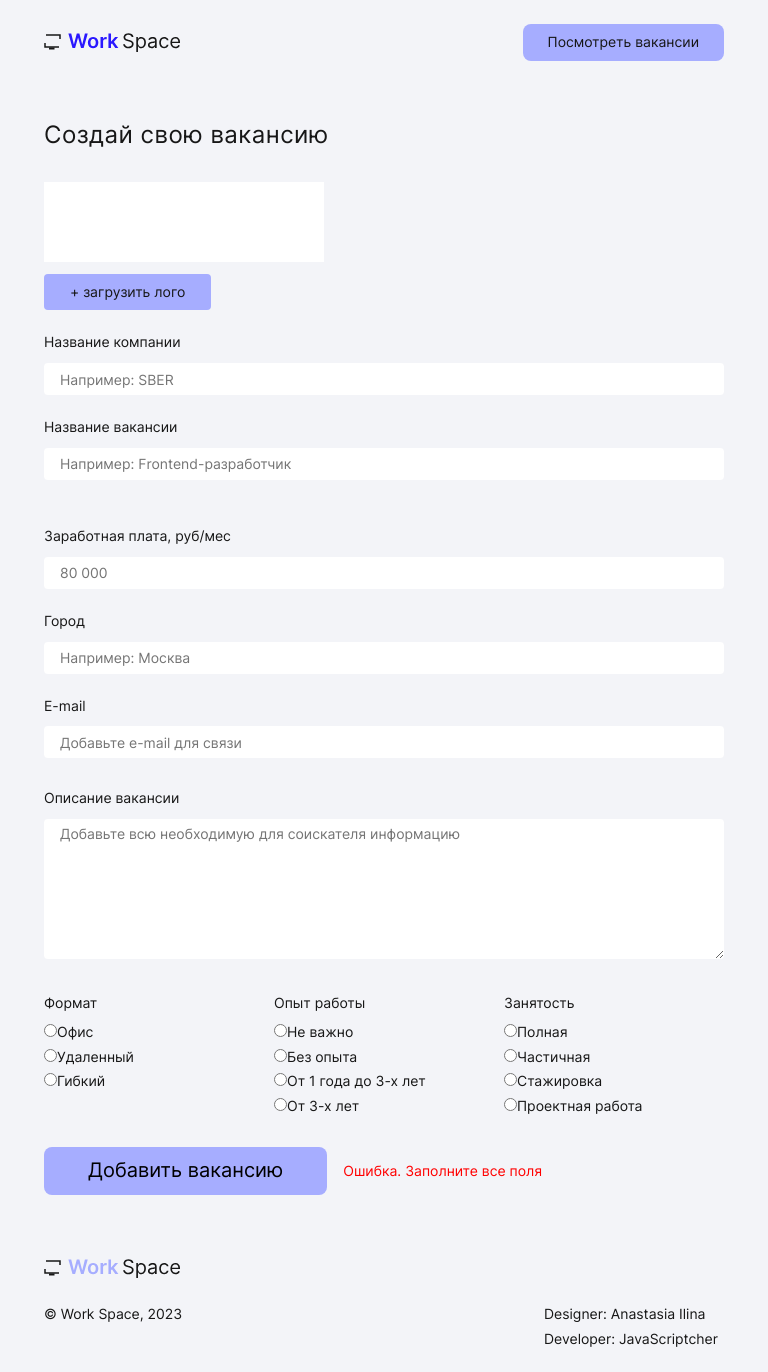
Repository: alexboagreek/workspace_js
Page: employer.html
The author's editor kept a copy of each file at every save. The page is drawn from the files as they stood at one save, then again after a run of saves.
The browser window is 768 px wide. The pictures show the whole page.

Above is the page before, as saved 2023-09-13 15:52:25.
Console error: TypeError: Cannot read properties of null (reading 'addEventListener')

### employer.html
<!DOCTYPE html>
<html lang="ru">
  <head>
    <meta charset="UTF-8" />
    <meta name="viewport" content="width=device-width, initial-scale=1.0" />
    <title>Workspace - добавить вакансию</title>

    <link rel="stylesheet" href="index.css" />

    <script src="js/choices.min.js" defer></script>
    <script src="js/script.js" defer></script>
  </head>

  <body>
    <header class="header">
      <div class="container header__container">
        <a href="index.html">
          <img
            class="header__logo"
            src="img/logo.svg"
            alt="Логитип WorkSpace"
          />
        </a>

        <a class="header__link" href="index.html#vacancies"
          >Посмотреть вакансии</a
        >
      </div>
    </header>

    <main>
      <section class="employer">
        <div class="container">
          <h1 class="employer__title">Создай свою вакансию</h1>

          <form class="employer__form">
            <div class="employer__file file">
              <div class="file__wrap-preview">
                <img src="#" alt="" class="file__preview" />
              </div>

              <div class="file__wrap-btn">
                <label for="logo" class="file__label"> + загрузить лого </label>
                <input
                  name="logo"
                  type="file"
                  class="file__input"
                  id="logo"
                  accept="image/png, image/jpeg"
                  required
                />
              </div>
            </div>

            <fieldset class="employer__fieldset-input">
              <div class="employer__wrap-input">
                <label class="employer__label" for="company"
                  >Название компании
                </label>

                <input
                  type="text"
                  class="employer__input"
                  id="company"
                  name="company"
                  placeholder="Например: SBER"
                />
              </div>

              <fieldset class="employer__fieldset">
                <div class="employer__wrap-input">
                  <label class="employer__label" for="title"
                    >Название вакансии</label
                  >

                  <input
                    type="text"
                    class="employer__input"
                    id="title"
                    name="title"
                    placeholder="Например: Frontend-разработчик"
                  />
                </div>
              </fieldset>

              <fieldset class="employer__fildset">
                <div class="employer__wrap-input">
                  <label class="employer__label" for="salary"
                    >Заработная плата, руб/мес</label
                  >

                  <input
                    type="number"
                    class="employer__input"
                    id="salary"
                    name="salary"
                    placeholder="80 000"
                  />
                </div>
              </fieldset>

              <fieldset class="employer__fildset">
                <div class="employer__wrap-input">
                  <label class="employer__label" for="location">Город</label>

                  <input
                    type="text"
                    class="employer__input"
                    id="location"
                    name="location"
                    placeholder="Например: Москва"
                  />
                </div>
              </fieldset>

              <fieldset class="employer__fildset">
                <div class="employer__wrap-input">
                  <label class="employer__label" for="email">E-mail</label>

                  <input
                    type="email"
                    class="employer__input"
                    id="email"
                    name="email"
                    placeholder="Добавьте e-mail для связи"
                  />
                </div>
              </fieldset>
            </fieldset>



            <fieldset class="employer__fieldset-textarea">
              <label class="employer__label" for="description"
                >Описание вакансии</label
              >

              <textarea
                class="employer__textarea"
                name="description"
                id="description"
                placeholder="Добавьте всю необходимую для соискателя информацию"
              ></textarea>
            </fieldset>

            <div class="employer__radio-buttons">
              <fieldset class="employer__fieldset-radio">
                <legend class="employer__legend">Формат</legend>

                <label class="employer__label-radio radio">
                  <input
                    type="radio"
                    class="radio__input"
                    name="format"
                    value="Офис"
                  />Офис
                </label>

                <label class="employer__label-radio radio">
                  <input
                    type="radio"
                    class="radio__input"
                    name="format"
                    value="Удаленный"
                  />Удаленный
                </label>

                <label class="employer__label-radio radio">
                  <input
                    type="radio"
                    class="radio__input"
                    name="format"
                    value="Гибкий"
                  />Гибкий
                </label>
              </fieldset>

              <fieldset class="employer__fieldset-radio">
                <legend class="employer__legend">Опыт работы</legend>

                <label class="employer__label-radio radio">
                  <input
                    type="radio"
                    class="radio__input"
                    name="experience"
                    value="Не важно"
                  />Не важно
                </label>

                <label class="employer__label-radio radio">
                  <input
                    type="radio"
                    class="radio__input"
                    name="experience"
                    value="Без опыта"
                  />Без опыта
                </label>

                <label class="employer__label-radio radio">
                  <input
                    type="radio"
                    class="radio__input"
                    name="experience"
                    value="От 1 года до 3-х лет"
                  />От 1 года до 3-х лет
                </label>

                <label class="employer__label-radio radio">
                  <input
                    type="radio"
                    class="radio__input"
                    name="experience"
                    value="От 3-х лет"
                  />От 3-х лет
                </label>
              </fieldset>

              <fieldset class="employer__fieldset-radio">
                <legend class="employer__legend">Занятость</legend>

                <label class="employer__label-radio radio">
                  <input
                    type="radio"
                    class="radio__input"
                    name="type"
                    value="Полная"
                  />Полная
                </label>

                <label class="employer__label-radio radio">
                  <input
                    type="radio"
                    class="radio__input"
                    name="type"
                    value="Частичная"
                  />Частичная
                </label>

                <label class="employer__label-radio radio">
                  <input
                    type="radio"
                    class="radio__input"
                    name="type"
                    value="Стажировка"
                  />Стажировка
                </label>

                <label class="employer__label-radio radio">
                  <input
                    type="radio"
                    class="radio__input"
                    name="type"
                    value="Проектная работа"
                  />Проектная работа
                </label>
              </fieldset>
            </div>

            <div class="employer__wrap-submit">
              <button class="employer__submit" type="submit">
                Добавить вакансию
              </button>
              <div class="employer__error">Ошибка. Заполните все поля</div>
            </div>
          </form>
        </div>
      </section>
    </main>

    <footer class="footer">
      <div class="container footer__container">
        <img
          class="footer__logo"
          src="img/logo-footer.svg"
          alt="Логотип WorkSpace"
        />

        <p class="footer__copyright">© Work Space, 2023</p>

        <ul class="footer__contacts">
          <li class="footer__contact">
            Designer:
            <a class="footer__link" href="#">Anastasia Ilina</a>
          </li>
          <li class="footer__contact">
            Developer:
            <a class="footer__link" href="#">JavaScriptcher</a>
          </li>
        </ul>
      </div>
    </footer>
  </body>
</html>

### index.css
@import "style/normalize.css";
@import "style/choices.min.css";
@import "style/style.css";
@import "style/header.css";
@import "style/hero.css";
@import "style/vacancies.css";
@import "style/filter.css";
@import "style/choices.css";
@import "style/checkbox.css";
@import "style/cards.css";
@import "style/vacancy.css";
@import "style/footer.css";
@import "style/modal.css";
@import "style/detail.css";
@import "style/employer.css";
@import "style/file.css";
@import "style/radio.css";

### style/style.css
@font-face {
  font-family: Inter;
  font-weight: 400;
  src: url("../fonts/inter-regular.woff2") format("woff2"),
    url("../fonts/inter-regular.woff") format("woff");
}

html {
  scroll-behavior: smooth;
  position: relative;
  box-sizing: border-box;
}

*,
*:before,
*:after {
  box-sizing: inherit;
}

body {
  min-width: 320px;
  min-height: 100vh;
  font-family: Inter, sans-serif;
  font-size: 14px;
  color: #171717;
  background-color: #f3f4f8;
  line-height: 1.2;
}

img,
svg {
  max-width: 100%;
  max-height: 100%;
  height: auto;
}

button {
  padding: 0;
  border: 0;
  cursor: pointer;
  background-color: transparent;
}

a {
  text-decoration: none;
  color: inherit;
}

ul {
  padding: 0;
  margin: 0;
  list-style: none;
}

h1,
h2,
h3,
p {
  margin: 0;
}

fieldset {
  padding: 0;
  margin: 0;
  border: 0;
}

.visually-hidden {
  position: fixed;
  transform: scale(0);
}

.container {
  --width: 1180px;
  --padding: 30px;
  max-width: calc(var(--width) + var(--padding) * 2);
  margin: 0 auto;
  padding: 0 var(--padding);
}

.blue-text {
  color: #2a18ff;
}

@media (max-width: 1140px) {
  .container {
    --width: 880px;
  }
}

@media (max-width: 940px) {
  .container {
    --width: 680px;
  }
}

@media (max-width: 640px) {
  .container {
    --padding: 15px;
  }
}

### style/header.css
.header {
  padding: 40px 0;
}

.header__container {
  display: flex;
  align-items: center;
  justify-content: space-between;
}

.header__links {
  display: flex;
  gap: 8px;
  flex-wrap: wrap;
}

.header__link {
  padding: 12px 32px;
  border-radius: 8px;
  background-color: #a6adff;
  font-size: 20px;
  border: 2px solid transparent;
  transition-property: color, background-color;
  transition-duration: 0.2s;
  transition-timing-function: ease-in-out;
}

.header__link_o {
  background-color: transparent;
  border: 2px solid #A6ADFF;
}

.header__link:focus-visible {
  border-color: #4f58be;
}

.header__link:hover {
  color: #fff;
  background-color: #2a18ff;
}


@media (max-width: 1140px) {
  .header {
    padding: 32px 0 40px;
  }
}

@media (max-width: 940px) {
  .header {
    padding: 24px 0 30px;
  }

  .header__link {
    padding: 8px 23px;
    font-size: 14px;
  }
}

@media (max-width: 640px) {
  .header {
    padding: 24px 0 20px;
  }

  .header__link {
    display: none;
  }
}

### style/hero.css
.hero {
  padding: 60px 0 50px;
}

.hero__container {
  position: relative;
  padding-top: 57px;
  padding-bottom: 57px;
}

.hero__container:after {
  content: "";
  position: absolute;
  right: -9px;
  top: 0;
  bottom: 0;
  width: 421px;
  background: url("../img/laptop.png") no-repeat center/contain;
}

.hero__title {
  position: relative;
  z-index: 2;
  max-width: 780px;
  font-size: 90px;
  letter-spacing: 1.8px;
  text-transform: uppercase;
}

@media (max-width: 1140px) {
  .hero {
    padding: 40px 0;
  }

  .hero__container {
    padding-top: 53px;
    padding-bottom: 53px;
  }

  .hero__container:after {
    width: 340px;
  }

  .hero__title {
    max-width: 580px;
    font-size: 64px;
    letter-spacing: 1.28px;
  }
}

@media (max-width: 940px) {
  .hero {
    padding: 30px 0;
  }

  .hero__container {
    padding-top: 40px;
    padding-bottom: 40px;
  }

  .hero__container:after {
    width: 269px;
  }

  .hero__title {
    max-width: 450px;
    font-size: 52px;
    letter-spacing: 1.04px;
  }
}

@media (max-width: 640px) {
  .hero {
    padding-top: 20px;
    padding-bottom: 10px;
  }

  .hero__container {
    padding-top: 0;
    padding-bottom: 234px;
  }

  .hero__title {
    max-width: 290px;
    text-align: center;
    margin: 0 auto;
    font-size: 32px;
  }

  .hero__container:after {
    right: auto;
    top: auto;
    height: 269px;
    left: 50%;
    transform: translateX(-50%);
    background-position: bottom;
  }
}

### style/vacancies.css
.vacancies {
  padding: 50px 0;
}

.vacancies__container {
  display: flex;
  align-items: start;
  gap: 24px 20px;
}

.vacancies__filter-btn {
  display: none;
}

.vacancies__filter {
  flex: 0 0 280px;
}

.vacancies__cards {
  flex-basis: 100%;
}

@media (max-width: 1140px) {
  .vacancies {
    padding: 40px 0;
  }
}

@media (max-width: 940px) {
  .vacancies {
    padding: 30px 0;
  }

  .vacancies__container {
    flex-direction: column;
    row-gap: 0;
  }

  .vacancies__filter-btn {
    display: flex;
    align-items: center;
    margin-bottom: 24px;
    transition-property: margin-bottom, color;
    transition-duration: 0.2s, 0.3s;
    transition-timing-function: ease-in-out;
    transition-delay: 0.2s, 0s;
    color: #2a18ff;
    line-height: 20px;
  }

  .vacancies__filter-btn:hover:not(:focus) {
    color: #a6adff;
  }

  .vacancies__filter-btn-arrow {
    position: relative;
    top: -2px;
    display: block;
    width: 20px;
    height: 20px;
  }

  .vacancies__filter-btn_active {
    margin-bottom: 32px;
    transition-delay: 0s;
  }

  .vacancies__filter-btn_active .vacancies__filter-btn-arrow {
    transform: rotate(180deg);
    top: 2px;
  }

  .vacancies__filter {
    width: 100%;
    flex-basis: auto;
    height: 0;
    overflow: hidden;
    transition: height 0.4s ease-in-out;
  }

  .vacancies__filter_active {
    height: auto;
    margin-bottom: 40px;
  }

  .vacancies__cards {
    width: 100%;
  }
}

@media (max-width: 640px) {
  .vacancies__filter-btn_active {
    margin-bottom: 24px;
  }
}

### style/filter.css
.filter {
  position: relative;
}

.filter__reset {
  position: absolute;
  top: 7px;
  right: 0;
  color: #ccc;
}

.filter__title {
  font-size: 20px;
  font-weight: 400;
  margin-bottom: 32px;
}

.filter__form {
  display: flex;
  flex-direction: column;
  gap: 32px;
}

.filter__fieldset {
  display: flex;
  flex-direction: column;
  align-items: start;
}

.filter__legend {
  margin-bottom: 12px;
}

.filter__select {
  width: 100%;
}

.filter__range {
  display: flex;
  align-items: center;
  justify-content: space-between;
  gap: 10px;
}

.filter__label:not(:last-child) {
  margin-bottom: 8px;
}

.filter__input {
  flex: 1 1 50%;
  width: 100%;
  padding: 0 16px;
  height: 32px;
  border: 0;
}

.filter__input::placeholder {
  color: #ccc;
}

.filter__checkboxes {
  display: flex;
  flex-direction: column;
  gap: 32px;
}

.filter__button {
  padding: 8px 24px;
  border-radius: 4px;
  background-color: #a6adff;
  border: 2px solid transparent;
  transition-property: color, background-color;
  transition-duration: 0.2s;
  transition-timing-function: ease-in-out;
}

.filter__button:focus-visible {
  border-color: #4f58be;
}

.filter__button:hover {
  color: #fff;
  background-color: #2a18ff;
}

@media (max-width: 940px) {
  .filter__title {
    position: fixed;
    transform: scale(0);
  }

  .filter__input {
    max-width: 140px;
  }

  .filter__checkboxes {
    display: grid;
    grid-template-columns: repeat(auto-fit, minmax(180px, 1fr));
    gap: 24px 70px;
  }

  .filter__buttons {
    display: flex;
    gap: 16px;
    align-items: center;
  }

  .filter__reset {
    position: static;
  }
}

### style/choices.css
.choices {
  width: 100%;
}

.choices__inner {
  background-color: #fff;
  padding: 6px 16px;
  min-height: 32px;
  border: 0;
}

.choices__list--single {
  padding: 0;
}

.choices[data-type*="select-one"]::after {
  width: 20px;
  height: 20px;
  background: url("../img/arrow.svg") no-repeat center/contain;
  border: 0;
  top: 6px;
  right: 16px;
  margin-top: 0;
}

.choices[data-type*="select-one"].is-open::after {
  transform: rotate(180deg);
  margin-top: 0;
}

### style/checkbox.css
.checkbox {
  position: relative;
  display: block;
  line-height: 20px;
  padding-left: 28px;
}

.checkbox__input {
  -webkit-appearance: none;
  -moz-appearance: none;
  appearance: none;
  position: absolute;
  width: 20px;
  height: 20px;
  left: 0;
  top: 0;
  bottom: 0;
  background-color: #fff;
  border-radius: 4px;
}

.checkbox__input:after {
  content: "";
  position: absolute;
  inset: 0;
  display: block;
  background: url("../img/check.svg") no-repeat center;
  opacity: 0;
  transition: opacity 0.2s ease-in-out;
}

.checkbox__input:checked:after {
  opacity: 1;
}

.checkbox__input:focus-visible {
  outline: none;
  box-shadow: 0px 2px 10px rgba(0, 0, 0, 0.25);
}

.checkbox__input:hover:not(:disabled) {
  box-shadow: 0px 2px 10px rgba(166, 173, 255, 0.55);
}

.checkbox__input:disabled {
  background-color: #ccc;
}

### style/cards.css
.cards__list {
  display: grid;
  grid-template-columns: repeat(auto-fit, minmax(280px, 1fr));
  gap: 20px;
}

@media (max-width: 940px) {
  .cards__list {
    grid-template-columns: repeat(auto-fit, minmax(220px, 1fr));
    gap: 10px;
  }
}

### style/vacancy.css
.vacancy {
  border-radius: 16px;
  background-color: #fff;
  padding: 16px;
  height: 100%;
  cursor: pointer;
  outline: none;
  border: 2px solid transparent;
}

.vacancy:hover {
  background-color: #f9faff;
}

.vacancy:focus-visible {
  border-color: #a6adff;
}

.vacancy__img {
  max-height: 44px;
  margin-bottom: 12px;
  display: block;
}

.vacancy__company {
  font-size: 20px;
  margin-bottom: 8px;
}

.vacancy__title {
  display: inline-block;
  padding: 3px 5px;
  font-size: 14px;
  font-weight: 400;
  border-radius: 4px;
  background-color: #eaecff;
  margin-bottom: 8px;
}

.vacancy__field {
  color: #ccc;
}

### style/footer.css
.footer {
  padding: 50px 0 40px;
}

.footer__container {
  display: grid;
  gap: 27px;
  grid-template-areas:
    "logo ."
    "copyright contacts";
}

.footer__logo {
  grid-area: logo;
}

.footer__copyright {
  grid-area: copyright;
}

.footer__contacts {
  grid-area: contacts;
  justify-self: end;
  min-width: 180px;
}

.footer__contact {
  margin-bottom: 8px;
}

.footer__contact:last-child {
  margin-bottom: 0;
}

.footer__link:hover {
  color: brown;
}

@media (max-width: 1140px) {
  .footer {
    padding: 40px 0 32px;
  }
}

@media (max-width: 940px) {
  .footer {
    padding: 30px 0 24px;
  }
}

@media (max-width: 640px) {
  .footer {
    padding-top: 20px;
  }

  .footer__container {
    grid-template-areas:
      "logo"
      "copyright"
      "contacts";
  }

  .footer__contacts {
    justify-self: start;
  }
}

### style/modal.css
.modal {
  position: fixed;
  z-index: 10;
  inset: 0;
  background-color: rgba(0, 0, 0, 0.5);
  cursor: pointer;
  padding: 30px;
  overflow-y: auto;
  display: flex;
}

.modal__main {
  position: relative;
  margin: auto;
  cursor: default;
}

.modal__close {
  background-color: transparent;
  border: none;
  cursor: pointer;
  position: absolute;
  top: 12px;
  right: 12px;
  padding: 0;
  line-height: 0;
  outline: 1px solid transparent;
  border-radius: 3px;
}

.modal__close:focus-visible {
  outline-color: gray;
}

@media (max-width: 640px) {
  .modal {
    padding: 30px 15px;
  }
}

### style/employer.css
.employer {
  padding: 60px 0 50px;
}

.employer__title {
  font-size: 32px;
  font-weight: 400;
  letter-spacing: 0.64px;
  margin-bottom: 50px;
}

.employer__file {
  margin-bottom: 32px;
}

.employer__label {
  display: block;
  margin-bottom: 12px;
}

.employer__input {
  border-radius: 4px;
  padding: 0 16px;
  height: 32px;
  border: 0;
  width: 100%;
}

.employer__input:placeholder {
  color: #ccc;
}

.employer__fieldset-input {
  display: grid;
  grid-template-columns: repeat(3, 1fr);
  gap: 32px 20px;
  margin-bottom: 32px;
}

.employer__textarea {
  border-radius: 4px;
  min-height: 140px;
  width: 1181px;
  resize: vertical;
  border: none;
  padding: 7px 16px;
  margin-bottom: 32px;
}

.employer__radio-buttons {
  display: grid;
  grid-template-columns: repeat(3, 280px);
  gap: 20px;
  margin-bottom: 50px;
}

.employer__fieldset-radio {
  display: flex;
  flex-direction: column;
}

.employer__legend {
  margin-bottom: 12px;
}

.employer__label-radio {
  margin-bottom: 8px;
}

.employer__label-radio:last-child {
  margin-bottom: 0;
}

.employer__wrap-submit {
  display: flex;
  flex-wrap: wrap;
  align-items: center;
  gap: 16px;
}

.employer__submit {
  padding: 0 42px;
  height: 48px;
  border-radius: 8px;
  background-color: #a6adff;
  font-size: 20px;
  border: 2px solid transparent;
  transition-property: color, background-color;
  transition-duration: 0.2s;
  transition-timing-function: ease-in-out;
}

.employer__submit:focus-visible {
  border-color: #4f58be;
}

.employer__submit:hover {
  color: #fff;
  background-color: #2a18ff;
}

.employer__error {
  color: #f00;
}

@media (max-width: 1140px) {
  .employer {
    padding-top: 40px;
    padding-bottom: 40px;
  }

  .employer__title {
    letter-spacing: 0.64px;
    margin-bottom: 40px;
  }

  .employer__file {
    margin-bottom: 24px;
  }

  .employer__fieldset {
    margin-bottom: 24px;
  }

  .employer__fieldset-input {
    row-gap: 24px;
  }

  .employer__textarea {
    width: 100%;
  }

  .employer__radio-buttons {
    margin-bottom: 40px;
  }
}

@media (max-width: 940px) {
  .employer {
    padding: 30px 0;
  }

  .employer__title {
    font-size: 24px;
    letter-spacing: 0.48px;
    margin-bottom: 32px;
  }

  .employer__radio-buttons {
    margin-bottom: 32px;
  }

  .employer__fieldset-input {
    grid-template-columns: repeat(1,1fr);
  }

  .employer__radio-buttons {
    grid-template-columns: repeat(3, 220px);
    gap: 10px;
  }
}

### style/file.css
.file {
  position: relative;
  display: flex;
  flex-direction: column;
  align-items: start;
}

.file__wrap-preview {
  background-color: #fff;
  min-width: 280px;
  height: 80px;
  margin-bottom: 12px;
}

.file__wrap-preview_active {
  min-width: auto;
}

.file__preview {
}

.file__wrap-btn {
  position: relative;
}

.file__label {
  display: inline-block;
  padding: 8px 24px;
  border-radius: 4px;
  background-color: #a6adff;
  cursor: pointer;
  transition: all 0.4s ease-in-out;
  border: 2px solid transparent;
}


.file__label:focus-visible {
  border-color: #4f58be;
}

.file__label:hover {
  color: #fff;
  background-color: #2a18ff;
}

.file__input {
  opacity: 0;
  position: absolute;
  width: 1px;
  height: 1px;
  top: 50%;
  left: 50%;
}

.file__wrap-btn:focus-within .file__label {
  border-color: #4f58be;
}

### style/radio.css
.radio {
}
.radio__input {
}

Loaded but not shown: js/choices.min.js (library); style/normalize.css (library); style/choices.min.css (library); js/script.js (300 lines, source omitted); style/detail.css (115 lines, source omitted)

After the next 2 saves:
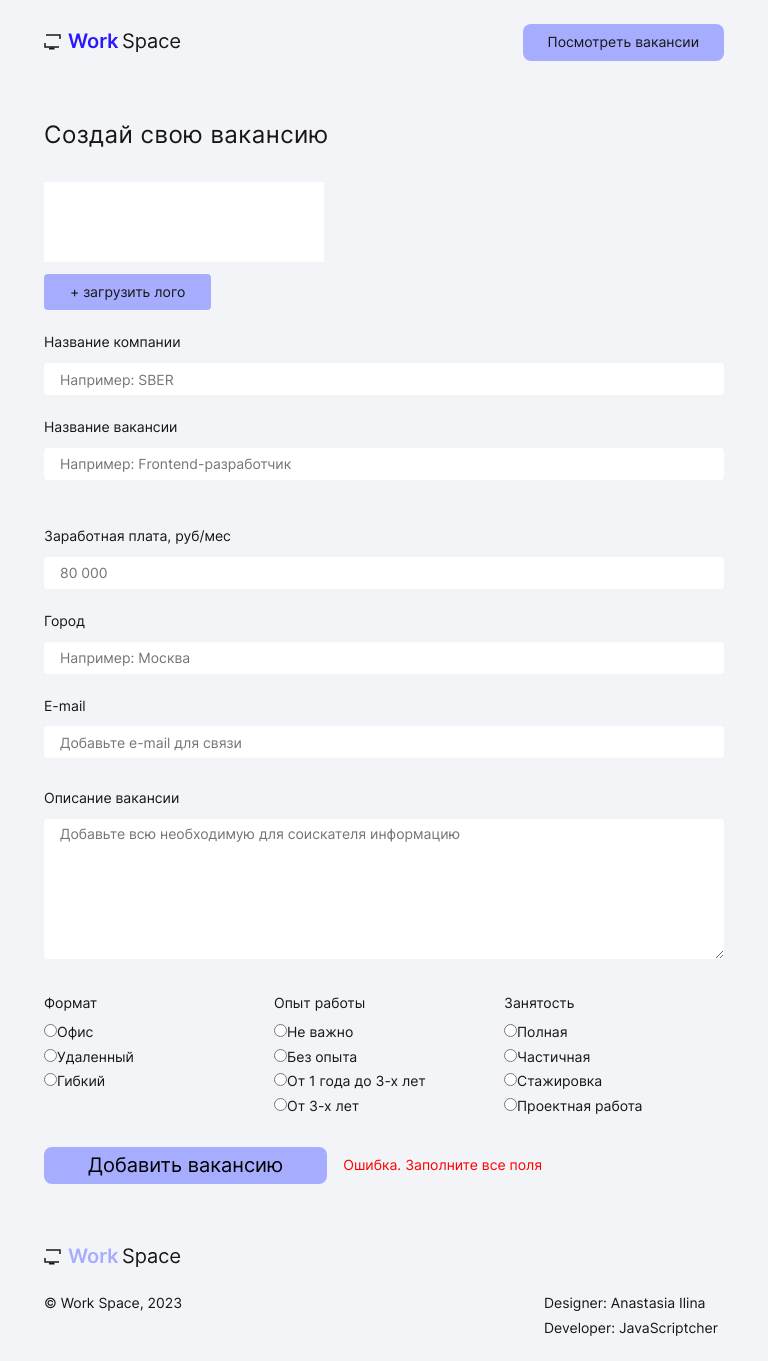
The 2 saves are shown as one change because they came seconds apart.
The last was saved 7 min 26 s later.
--- a/style/employer.css
+++ b/style/employer.css
@@ -158,4 +158,8 @@
     grid-template-columns: repeat(3, 220px);
     gap: 10px;
   }
+
+  .employer__submit {
+    height: 37px;
+  }
 }
